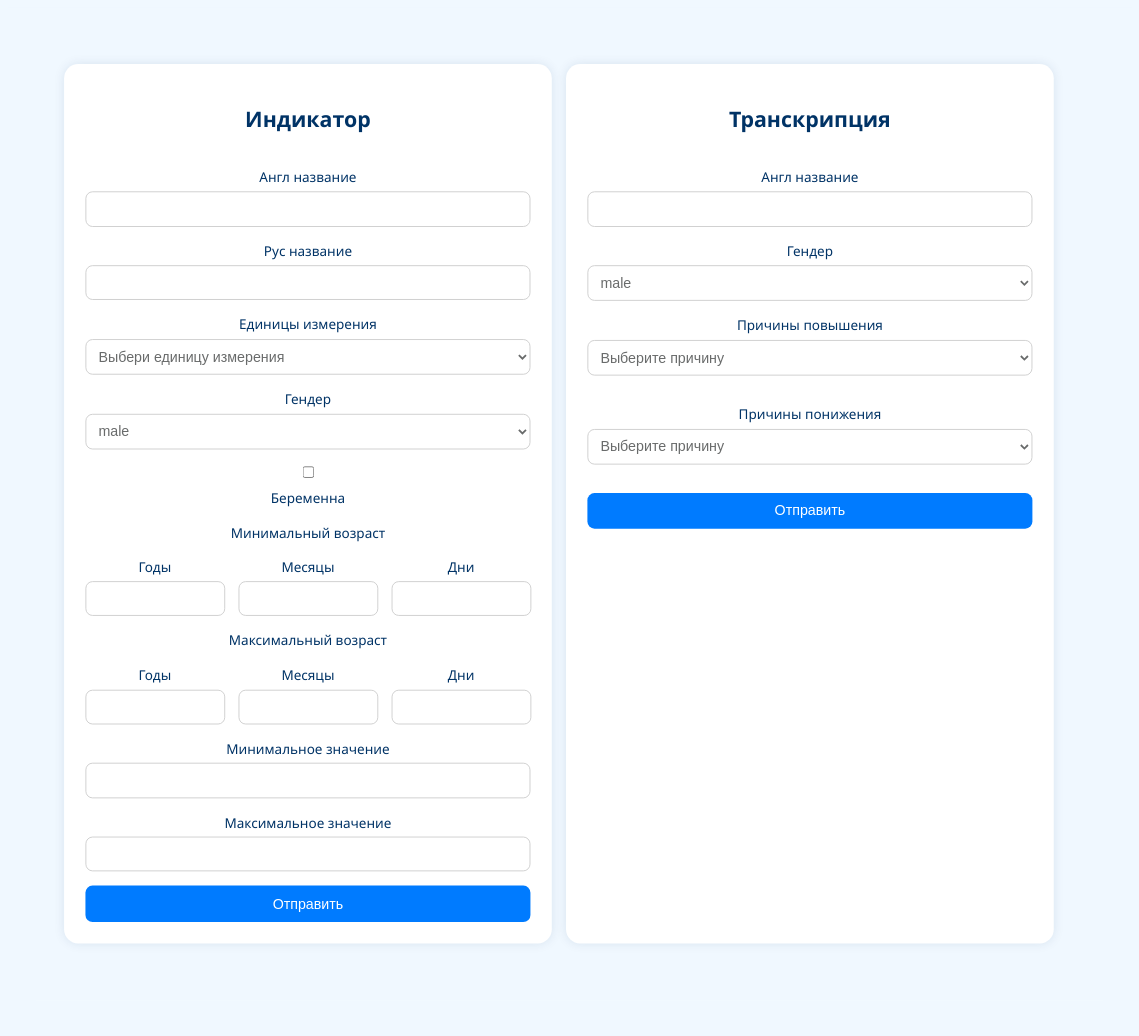
Repository: GGlebux/Transay
Page: / (app in frontend/)
The author's editor kept a copy of each file at every save. The page is drawn from the files as they stood at one save, then again after a run of saves.
The browser window is 1280 px wide. The pictures show the whole page, at 89% of full size.
The project was rebuilt for these pictures with package versions that can differ from the ones it lists, and the page was loaded fresh each time. Also part of the build but not shown: frontend/vite.config.ts.

Above is the page before, as saved 2025-08-04 17:04:27.

### frontend/src/index.css
:root {
  font-family: system-ui, Avenir, Helvetica, Arial, sans-serif;
  line-height: 1.5;
  font-weight: 400;
  background-color: #f0f8ff;
  color-scheme: light dark;
  color: rgba(255, 255, 255, 0.87);


  font-synthesis: none;
  text-rendering: optimizeLegibility;
  -webkit-font-smoothing: antialiased;
  -moz-osx-font-smoothing: grayscale;
}

input, select {
  background: #ffffff;
  color: rgb(105, 107, 107);
}

### frontend/src/App.tsx
import './styles/forms.css';
import IndicatorForm from './components/IndicatorForm';
import TranscriptForm from './components/TranscriptForm';

function App() {
  return (
    <div className="container">
      <IndicatorForm />
      <TranscriptForm />
    </div>
  );
}

export default App;

### frontend/src/styles/forms.css
#root {
  max-width: 1280px;
  margin: 0 auto;
  padding: 2rem;
  text-align: center;
  background-color: #f0f8ff;
}

.form-label {
  display: flex;
  flex-direction: column;
  font-weight: 500;
  color: #003366;
  font-size: 0.95rem;
  gap: 0.3rem;
}


.container {
  display: flex;
  gap: 1rem;
  padding: 2rem;
  background-color: #f0f8ff;
  color: #003366;
  font-family: 'Segoe UI', sans-serif;
}

h1 {
  text-align: center;
  margin-bottom: 2rem;
}

.form-card {
  background: white;
  width: 500px;
  padding: 1.5rem;
  border-radius: 1rem;
  box-shadow: 0 0 12px rgba(0, 51, 102, 0.1);
  margin-bottom: 2rem;
  display: flex;
  flex-direction: column;
  gap: 1rem;
}

input,
select {
  padding: 0.6rem;
  border: 1px solid #ccc;
  border-radius: 8px;
  font-size: 1rem;
}

button {
  background-color: #007bff;
  color: white;
  border: none;
  padding: 0.7rem 1.5rem;
  font-size: 1rem;
  border-radius: 8px;
  cursor: pointer;
  transition: background 0.3s ease;
}

button:hover {
  background-color: #0056b3;
}

.age-row {
  display: inline-flex;
  min-width: 500px;
  gap: 1rem;
}

.age-row input {
  width: 87%;
}

.checkbox {
  display: flex;
  align-items: center;
  gap: 0.5rem;
}

.tag-container {
  display: flex;
  flex-wrap: wrap;
  gap: 0.5rem;
}

.tag {
  background-color: #e6f0ff;
  border: 1px solid #007bff;

  color: #003366;
  padding: 0.4rem 0.8rem;
  border-radius: 20px;
  display: flex;
  align-items: center;
  gap: 0.5rem;
}

.tag button {
  background: none;
  padding: 0;
  margin-bottom: -5.5px;
    border: none;
  font-size: 1.2rem;
  color: #007bff;
  cursor: pointer;
}

### frontend/src/components/IndicatorForm.tsx
import { useState, useEffect } from 'react';

const genders = ['male', 'female', 'both'];

function IndicatorForm() {
  const [units, setUnits] = useState<string[]>([]);

  useEffect(() => {
    // Заменить на свой API
    setUnits(['mg/L', 'mmol/L', 'g/dL']);
  }, []);

return (
  <form className="form-card">
    <h2>Индикатор</h2>

    <label className="form-label">
      Англ название
      <input type="text" />
    </label>

    <label className="form-label">
      Рус название
      <input type="text" />
    </label>

    <label className="form-label">
      Единицы измерения
      <select>
        <option>Выбери единицу измерения</option>
        {units.map((u) => (
          <option key={u}>{u}</option>
        ))}
      </select>
    </label>

    <label className="form-label">
      Гендер
      <select>
        {genders.map((g) => (
          <option key={g} value={g}>
            {g}
          </option>
        ))}
      </select>
    </label>

    <label className="form-label checkbox">
      <input type="checkbox" />
      Беременна
    </label>

    <label className="form-label">Минимальный возраст</label>
    <div className="age-row">
      <label className="form-label">Годы<input type="number" /></label>
      <label className="form-label">Месяцы<input type="number" /></label>
      <label className="form-label">Дни<input type="number" /></label>
    </div>

    <label className="form-label">Максимальный возраст</label>
    <div className="age-row">
      <label className="form-label">Годы<input type="number" /></label>
      <label className="form-label">Месяцы<input type="number" /></label>
      <label className="form-label">Дни<input type="number" /></label>
    </div>

    <label className="form-label">
      Минимальное значение
      <input type="number" step="0.0001" />
    </label>

    <label className="form-label">
      Максимальное значение
      <input type="number" step="0.0001" />
    </label>

    <button type="submit">Отправить</button>
  </form>
);
}

export default IndicatorForm;

### frontend/src/components/TranscriptForm.tsx
import { useState } from 'react';

const genders = ['male', 'female', 'both'];
const exampleReasons = ['Стресс', 'Инфекция', 'Беременность', 'Физнагрузка'];

function TranscriptForm() {
  const [raiseReasons, setRaiseReasons] = useState<string[]>([]);
  const [lowerReasons, setLowerReasons] = useState<string[]>([]);

  const handleSelect = (type: 'raise' | 'lower', value: string) => {
    const set = type === 'raise' ? setRaiseReasons : setLowerReasons;
    const current = type === 'raise' ? raiseReasons : lowerReasons;
    if (!current.includes(value)) set([...current, value]);
  };

  const handleRemove = (type: 'raise' | 'lower', value: string) => {
    const set = type === 'raise' ? setRaiseReasons : setLowerReasons;
    const current = type === 'raise' ? raiseReasons : lowerReasons;
    set(current.filter((r) => r !== value));
  };

 return (
  <form className="form-card">
    <h2>Транскрипция</h2>

    <label className="form-label">
      Англ название
      <input type="text" />
    </label>

    <label className="form-label">
      Гендер
      <select>
        {genders.map((g) => (
          <option key={g} value={g}>
            {g}
          </option>
        ))}
      </select>
    </label>

    <label className="form-label">
      Причины повышения
      <select onChange={(e) => handleSelect('raise', e.target.value)}>
        <option>Выберите причину</option>
        {exampleReasons.map((r) => (
          <option key={r}>{r}</option>
        ))}
      </select>
    </label>

    <div className="tag-container">
      {raiseReasons.map((r) => (
        <span key={r} className="tag">
          {r}
          <button type="button" onClick={() => handleRemove('raise', r)}>
            ×
          </button>
        </span>
      ))}
    </div>

    <label className="form-label">
      Причины понижения
      <select onChange={(e) => handleSelect('lower', e.target.value)}>
        <option>Выберите причину</option>
        {exampleReasons.map((r) => (
          <option key={r}>{r}</option>
        ))}
      </select>
    </label>

    <div className="tag-container">
      {lowerReasons.map((r) => (
        <span key={r} className="tag">
          {r}
          <button type="button" onClick={() => handleRemove('lower', r)}>
            ×
          </button>
        </span>
      ))}
    </div>

    <button type="submit">Отправить</button>
  </form>
);
}

export default TranscriptForm;

Loaded but not shown: frontend/index.html (common file); frontend/src/main.tsx (common file)

After the next 2 saves:
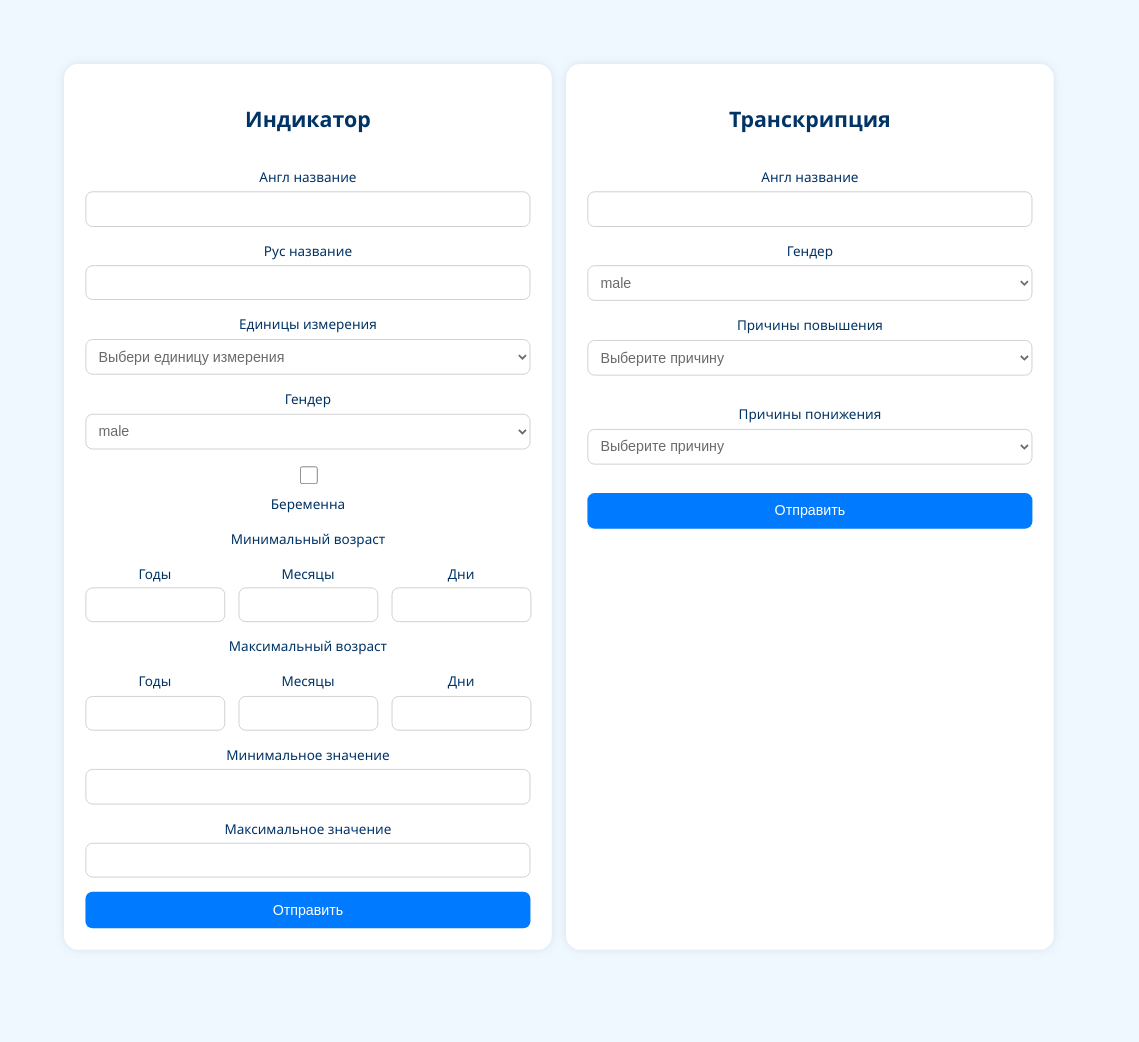
The 2 saves are shown as one change because they came seconds apart.
The last was saved 35 s later.
--- a/frontend/src/styles/forms.css
+++ b/frontend/src/styles/forms.css
@@ -81,6 +81,11 @@ button:hover {
   gap: 0.5rem;
 }
 
+.checkbox input {
+  width: 20px;
+  height: 20px;
+}
+
 .tag-container {
   display: flex;
   flex-wrap: wrap;
